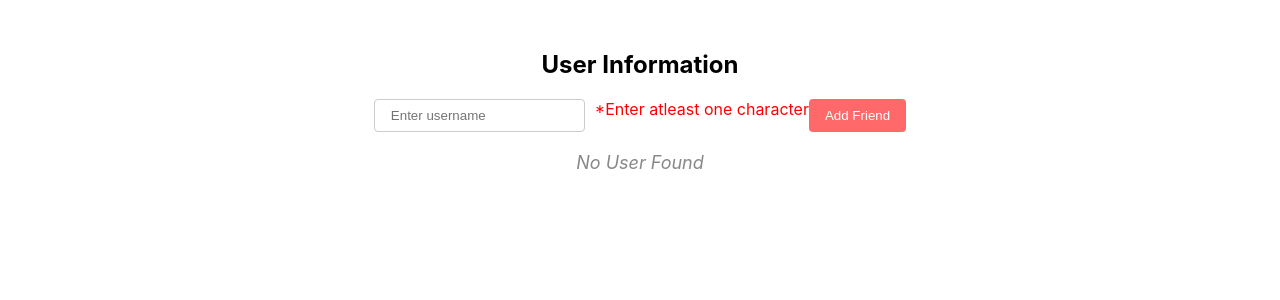
Repository: Sanketh149/leetcode-discord
Page: /
These files come from the project's save history. The page is drawn as it stood at one moment and after the next save; the edit follows.
The browser window is 1280 px wide. The pictures show the whole page.
The project was rebuilt for these pictures with package versions that can differ from the ones it lists, and the page was loaded fresh each time. Also part of the build but not shown: src/Modal.module.css, src/Modal.js, src/Cart.module.css, src/Cart.js.

Above is the page before, as saved 2023-06-21 16:32:30.

### src/App.js
import React, { useState } from "react";
import "./App.css";
import Cart from "./Cart";
const API_ENDPOINT = "/graphql";
const App = () => {
  const [username, setUsername] = useState("");
  const [user, setUser] = useState([]);
  const [leetId, setLeetId] = useState([]);
  const displayTitle = (item, titleSlug) => {
    console.log(item);
    const exisitingTitles = user.map((innerArray) => innerArray[0]);
    const exisitingSlugs = user.map((innerArray) => innerArray[1]);
    const uniqueTitles = [...new Set([...exisitingTitles, ...item])];
    const uniqueSlugs = [...new Set([...exisitingSlugs, ...titleSlug])];
    // const uniquePairs = uniqueTitles.map((name, index) => ({
    //   name,
    //   link: uniqueSlugs[index],
    // }));
    const uniquePairs = [];
    for (let i = 0; i < uniqueSlugs.length; i++) {
      const temp = [uniqueTitles[i], uniqueSlugs[i]];
      uniquePairs.push(temp);
    }
    setUser((prevState) => {
      return uniquePairs;
    });
  };

  const handleFormSubmit = async (event) => {
    event.preventDefault();

    const query = `
      {
        recentAcSubmissionList(username: "${username}") {
          id
          title
          titleSlug
        }
      }
    `;

    const url = `${API_ENDPOINT}?query=${encodeURIComponent(query)}`;

    fetch(url)
      .then((response) => response.json())
      .then((result) => {
        const titles = result.data.recentAcSubmissionList.map(
          (submission) => submission.title
        );
        const titleslugs = result.data.recentAcSubmissionList.map(
          (submission) => submission.titleSlug
        );
        displayTitle(titles, titleslugs);
        // displayTitleSlug(titleslugs);
      })
      .catch((error) => {
        setCartIsShown(true);
      });
  };

  const handleSubmit = (event) => {
    handleFormSubmit(event);
    setLeetId((prevState) => {
      return [...prevState, event.target.value];
    });
    console.log(leetId);
  };
  const [cartIsShown, setCartIsShown] = useState(false);
  const showCartHandler = () => {
    setCartIsShown(true);
  };
  const hideCartHandler = () => {
    setCartIsShown(false);
  };
  const isSubmitDisabled = username.trim().length === 0;
  return (
    <div className="app">
      {cartIsShown && <Cart onClose={hideCartHandler} />}
      <h1 className="app__title">User Information</h1>
      <form onSubmit={handleSubmit} className="app__form">
        <input
          type="text"
          value={username}
          onChange={(event) => setUsername(event.target.value)}
          placeholder="Enter username"
          className="app__input"
        />
        {isSubmitDisabled === true && (
          <div style={{ display: "block" }} className="errorShow">
            {" "}
            *Enter atleast one character
          </div>
        )}
        <button
          type="submit"
          className={`${
            isSubmitDisabled === true ? "app__button_disabled" : "app__button"
          }`}
          disabled={isSubmitDisabled}
        >
          Add Friend
        </button>
      </form>
      {user.length > 0 ? (
        <ul className="app__list">
          {user.map((item) => (
            <li className="app__item">
              <a
                href={`https://leetcode.com/problems/${item[1]}`}
                target="_blank"
              >
                {item[0]}
              </a>
            </li>
          ))}
        </ul>
      ) : (
        <p className="app__message">No User Found</p>
      )}
    </div>
  );
};

export default App;

### src/App.css
.app {
  text-align: center;
  margin-top: 50px;
}

.app__title {
  font-size: 24px;
  margin-bottom: 20px;
}

.app__form {
  display: flex;
  justify-content: center;
  margin-bottom: 20px;
}

.app__input {
  padding: 8px 16px;
  margin-right: 10px;
  border-radius: 4px;
  border: 1px solid #ccc;
}

.app__button {
  padding: 8px 16px;
  border-radius: 4px;
  background-color: #007bff;
  color: #fff;
  border: none;
  cursor: pointer;
}

.app__button_disabled {
  padding: 8px 16px;
  border-radius: 4px;
  background-color: #ff6969;
  color: #fff;
  border: none;
  cursor: pointer;
}

.app__list {
  list-style: none;
  padding-left: 0;
  margin-bottom: 20px;
}

.app__item {
  font-size: 18px;
  margin-bottom: 10px;
}

.app__message {
  font-size: 18px;
  font-style: italic;
  color: #888;
}

.app__list a {
  color: #007bff; /* Set the color for regular links */
  text-decoration: none; /* Remove underline for links */
}

.app__list a:visited {
  color: #007bff; /* Set the color for visited links */
}

.errorShow {
  color: red;
}

Loaded but not shown: public/index.html (common file); src/index.js (common file); src/index.css (common file); src/reportWebVitals.js (common file)

After the next save:
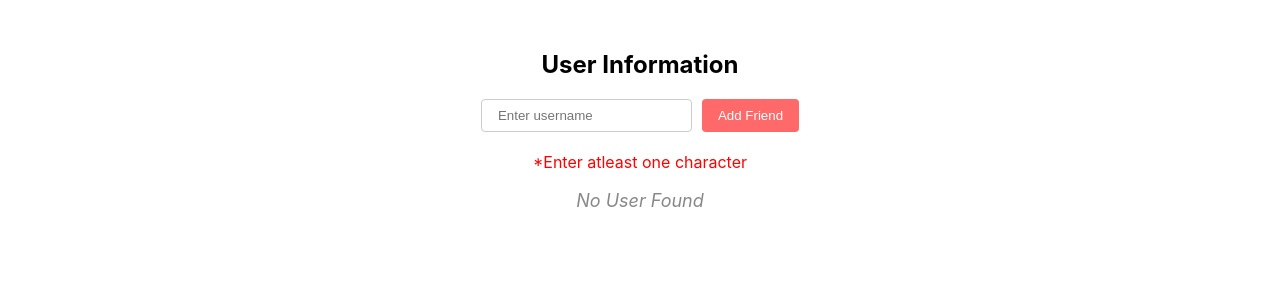
Saved 38 s later.
--- a/src/App.js
+++ b/src/App.js
@@ -85,12 +85,6 @@
           placeholder="Enter username"
           className="app__input"
         />
-        {isSubmitDisabled === true && (
-          <div style={{ display: "block" }} className="errorShow">
-            {" "}
-            *Enter atleast one character
-          </div>
-        )}
         <button
           type="submit"
           className={`${
@@ -101,6 +95,12 @@
           Add Friend
         </button>
       </form>
+      {isSubmitDisabled === true && (
+        <div style={{ display: "block" }} className="errorShow">
+          {" "}
+          *Enter atleast one character
+        </div>
+      )}
       {user.length > 0 ? (
         <ul className="app__list">
           {user.map((item) => (
